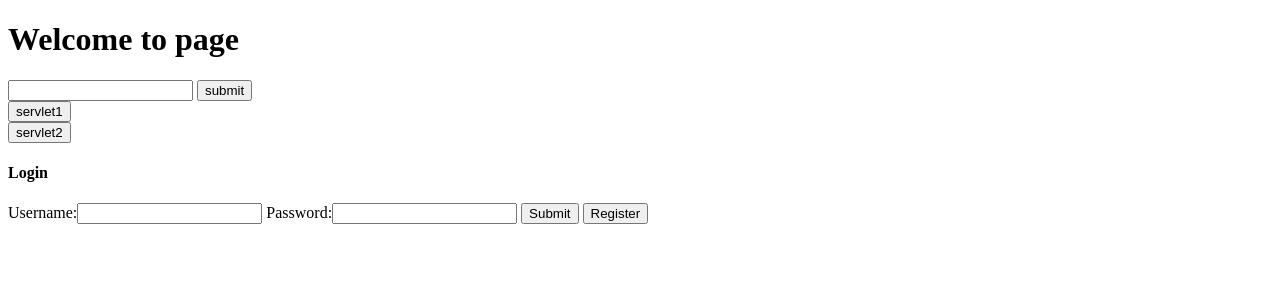
Repository: ankitaunhalkar/Bridgelabz-Servlet
Page: Servlet/WebContent/index.html
The author's editor kept a copy of each file at every save. The page is drawn from the files as they stood at one save, then again after the next save.
The browser window is 1280 px wide. The pictures show the whole page.

Above is the page before, as saved 2018-05-21 09:47:00.

### Servlet/WebContent/index.html
<!DOCTYPE html>
<html>
<head>
<meta charset="UTF-8">
<title>Insert title here</title>
</head>
<body>
<h1>Welcome to page</h1>
<!-- servlet request and response -->
<form action="servletRequestDemo">
<input type="text" name="name"/>
<input type="submit" value="submit"></form>

<!-- servlet config and context -->
<form action="Servlet1">
<input type="submit" value="servlet1"/>
</form>

<!-- servlet config and context -->
<form action="Servlet2">
<input type="submit" value="servlet2"/>
</form>

<!-- RequestDispatcher example -->
<h4>Login</h4>
<form action="LoginServlet" method="post">
Username:<input type = "text" name="user">
Password:<input type = "password" name="pass">
<input type="submit" value="Submit">
<input type="submit" value="Register">
</form>
</body>
</html>

After the next save:
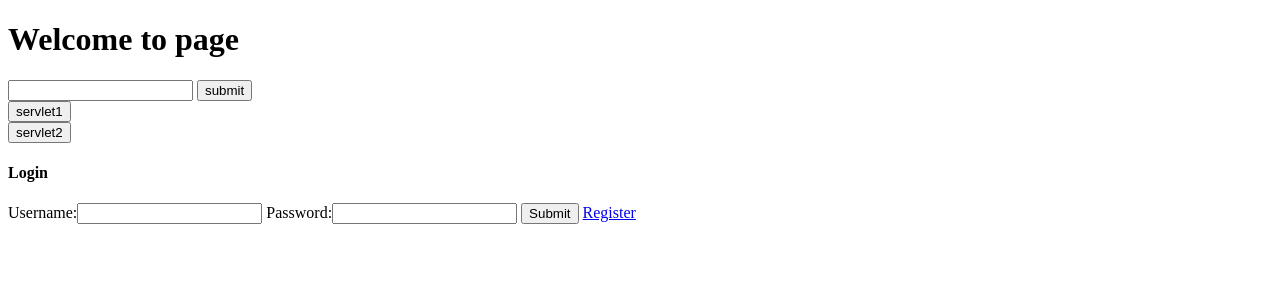
Saved 32 s later.
--- a/Servlet/WebContent/index.html
+++ b/Servlet/WebContent/index.html
@@ -27,7 +27,7 @@
 Username:<input type = "text" name="user">
 Password:<input type = "password" name="pass">
 <input type="submit" value="Submit">
-<input type="submit" value="Register">
+<a href="Register.html">Register</a>
 </form>
 </body>
 </html>
